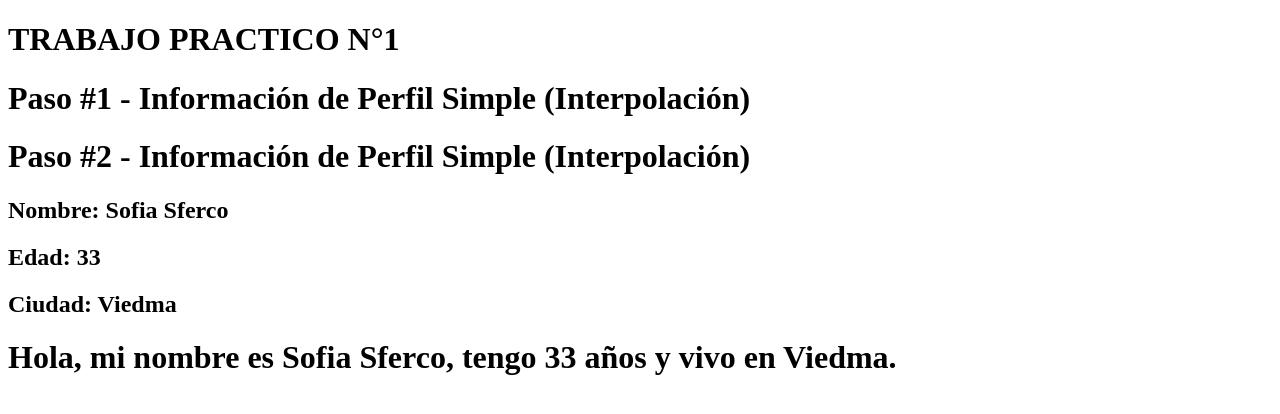
Repository: SofiaSferco/PWA-2026
Page: practico01/index.html
An editor plug-in stored every save of this project. The page is shown before and after the next save, followed by the edit.
The browser window is 1280 px wide. The pictures show the whole page.

Above is the page before, as saved 2026-09-10 00:21:34.

### practico01/index.html
<!DOCTYPE html>
<html lang="en">
<head>
    <meta charset="UTF-8">
    <title>Practico 01</title>
    <script src="https://cdn.jsdelivr.net/npm/vue/dist/vue.js"></script>
</head>
<body>
    <div id="app">
        <p>
            <h1>TRABAJO PRACTICO N°1</h1>
        </p>
        <h1>Paso #1 - Información de Perfil Simple (Interpolación)</h1>
        <h1>Paso #2 - Información de Perfil Simple (Interpolación)</h1>
        <h2>Nombre: {{nombre}}</h2>
        <h2>Edad: {{edad}}</h2>
        <h2>Ciudad: {{ciudad}}</h2>
        <h1>Hola, mi nombre es {{nombre}}, tengo {{edad}} años y vivo en {{ciudad}}.</h1>
    </div>
    <script>
       var app= new Vue({
           el: '#app',
           data: {
               nombre: 'Sofia Sferco',
               edad: 33,
               ciudad: 'Viedma',
           }
       })
    </script>
</body>
</html>

After the next save:
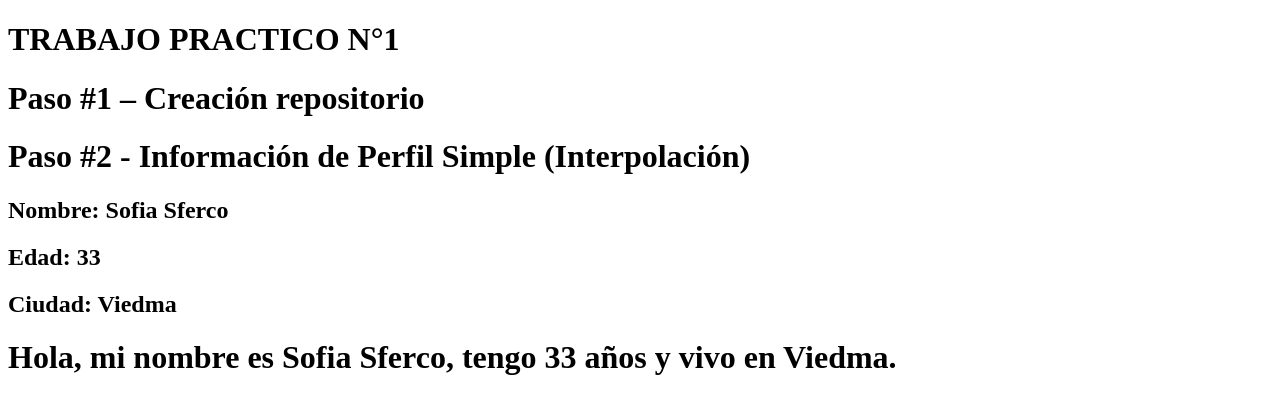
Saved 18 s later.
--- a/practico01/index.html
+++ b/practico01/index.html
@@ -10,7 +10,7 @@
         <p>
             <h1>TRABAJO PRACTICO N°1</h1>
         </p>
-        <h1>Paso #1 - Información de Perfil Simple (Interpolación)</h1>
+        <h1>Paso #1 – Creación repositorio</h1>
         <h1>Paso #2 - Información de Perfil Simple (Interpolación)</h1>
         <h2>Nombre: {{nombre}}</h2>
         <h2>Edad: {{edad}}</h2>
